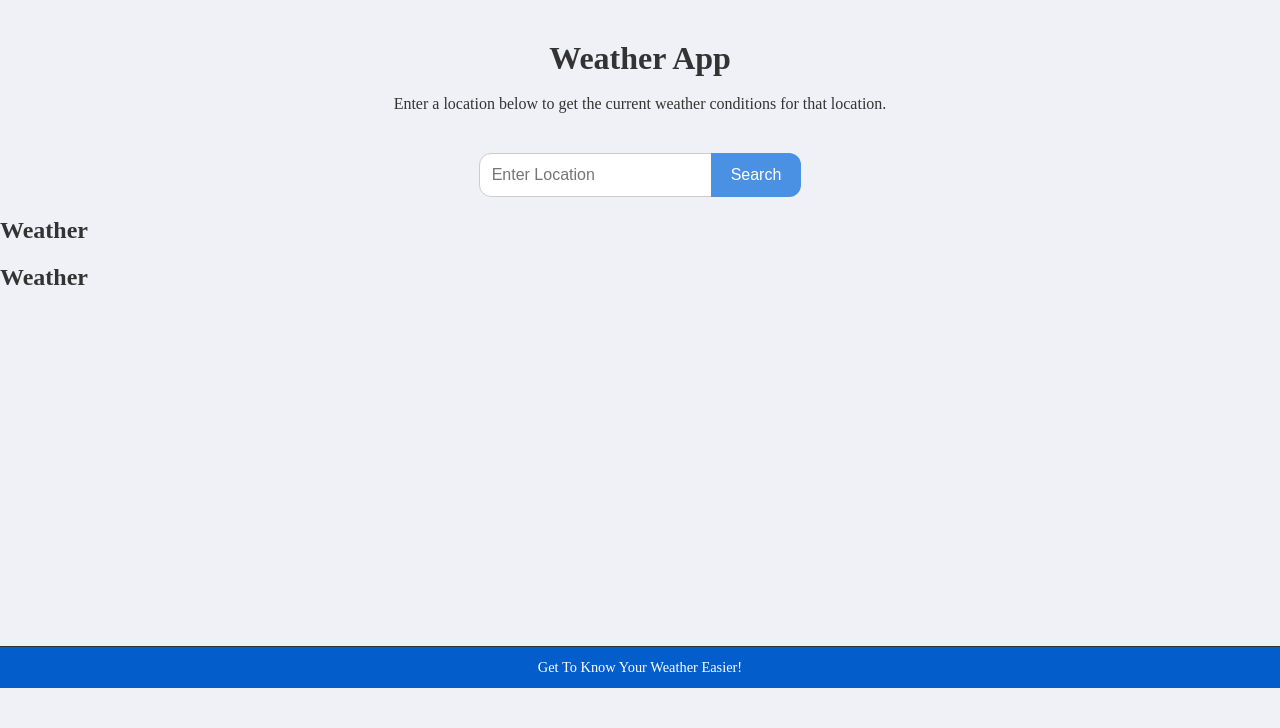
Repository: AlaaYou/Weather-App
Page: index.html
An editor plug-in stored every save of this project. The page is shown before and after the next save, followed by the edit.
The browser window is 1280 px wide. The pictures show the whole page.

Above is the page before, as saved 2024-10-20 23:53:30.

### index.html
<!DOCTYPE html>
<html lang="en">
  <head>
    <meta charset="UTF-8" />
    <meta name="viewport" content="width=device-width, initial-scale=1.0" />
    <link rel="stylesheet" href="styles.css" />
    <title>Weather App</title>
  </head>
  <body>
    <!-- Header -->
    <header>
      <h1>Weather App</h1><br>
      <p>
        Enter a location below to get the current weather conditions for that
        location.
      </p>
    </header>
    <!-- main content -->
    <main>
      <!-- search box -->
      <section class="search-box">
        <input type="text" id="location-input" placeholder="Enter Location" />

        <button id="search-button">Search</button>
      </section>
      <!-- errror /loading -->
      <div id="loading" style="display: none">Loading...</div>
      <div id="error" style="display: none">Error data Not Found</div>
      <!-- weather content -->
      <section
        class="weather-display"
        id="weather-display"
        style="display: none"
      >
        <div class="temp-display"><span id="temperature">--</span> °C</div>
        <div class="condition-display">
          <span id="condition">--</span>
        </div>

        <!-- condition info -->
        <div class="condition-info">
          <span id="wind-speed">Wind Speed: --</span>
          <span id="humidity">Humidity: --</span>
        </div>
      </section>
      <div class="container">
        <div class="cloud left-cloud">
          <h2>Weather</h2>
        </div>
        <div class="cloud right-cloud">
          <h2>Weather</h2>
        </div>
      </div>
    </main>
    <!-- footer -->
    <footer>
      <p>Get To Know Your Weather Easier!</p>
    </footer>
    <!-- js goes here -->
    <script src="script.js"></script>
  </body>
</html>

### styles.css
/* Reset some default browser styles */
body,
h1,
p {
  margin: 0;
  padding: 0;
}

body {
  display: flex;
  flex-direction: column;
  min-height: 90vh;
  background-color: #f0f1f6;
  padding: 40px 0;
  color: #333;
}

main {
  flex-grow: 1;
}

header {
  text-align: center;
  margin-bottom: 20px;
}

.search-box {
  display: flex;
  justify-content: center;
  align-items: center;
  margin: 20px 0;
}

input[type="text"] {
  padding: 12px;
  border: 1px solid #ccc;
  border-radius: 12px 0 0 12px;
  font-size: 1em;
  width: auto;
  margin-right: -1px;
}
button {
  background-color: #4a90e3;
  color: #ffff;
  border: none;
  border-radius: 0 12px 12px 0;
  padding: 13px 20px;
  cursor: pointer;
  font-size: 1em;
  transition: background-color 0.3s ease;
}

button:hover {
  background-color: #035dcb;
}

/* Weather content */
.weather-display {
  text-align: center;
  padding: 20px;
}

.temp-display,
.condition-display {
  font-size: 2.5em;
  margin-bottom: 10px;
}

.condition-info span {
  margin-right: 15px;
  font-size: 1.2em;
}

#loading,
#error {
  text-align: center;
  font-size: 1.2em;
  margin-top: 20px;
}
#loading {
  color: #4a90e3;
}
#error {
  color: red;
}
footer {
  text-align: center;
  background-color: #035dcb;
  color: #ffff;
  padding: 12px 0;
  border-top: 1px solid #333;
  font-size: 0.9em;
}

### script.js
//Fetch weather
async function fetchWeather(location) {
  //api key
  const apiKey = "094b545dde613af5667ba10639a224f8"; //open weather
  const url = `http://api.openweathermap.org/data/2.5/weather?q=${location}&appid=${apiKey}&units=metric`;
  const response = await fetch(url);

  if (response.ok) {
    const data = await response.json();
    return data;
  } else {
    throw new Error("Failed to fetch weather data");
  }
}
//Display the weather
function dispplayWeather(data) {
  console.log(data);
  //select the  DOM
  const weatherDisplay = document.getElementById("weather-display");
  const temperature = document.getElementById("temperature");
  const condition = document.getElementById("condition");
  const windSpeed = document.getElementById("wind-speed");
  const humidity = document.getElementById("humidity");

  //Embed the data into DOM using js
  temperature.textContent = data.main.temp;
  condition.textContent = data.weather[0].main;
  windSpeed.textContent = `Wind Speed: ${data.wind.speed}m/s`;
  humidity.textContent = `Humidity: ${data.main.humidity}%`;
  weatherDisplay.style.display = "block";
}

//toggle element visibility
function toggleElementVisibility(id, show) {
  const element = document.getElementById(id);
  element.style.display = show ? "block" : "none";
}
//DOM content Loaded
document.addEventListener("DOMContentLoaded", () => {
  const searchButton = document.getElementById("search-button");
  const locationInput = document.getElementById("location-input");
  searchButton.addEventListener("click", async () => {
    toggleElementVisibility("loading", true); //Show loading
    toggleElementVisibility("error", false);

    //get the data the user is typing
    const location = locationInput.value;

    try {
      const weatherData = await fetchWeather(location);
      toggleElementVisibility("loading", false); //hide loading
      dispplayWeather(weatherData);
      console.log(weatherData);
    } catch (error) {
      toggleElementVisibility("error", true); //hide loading
      toggleElementVisibility("loading", false); //hide loading
    }
  });
});

After the next save:
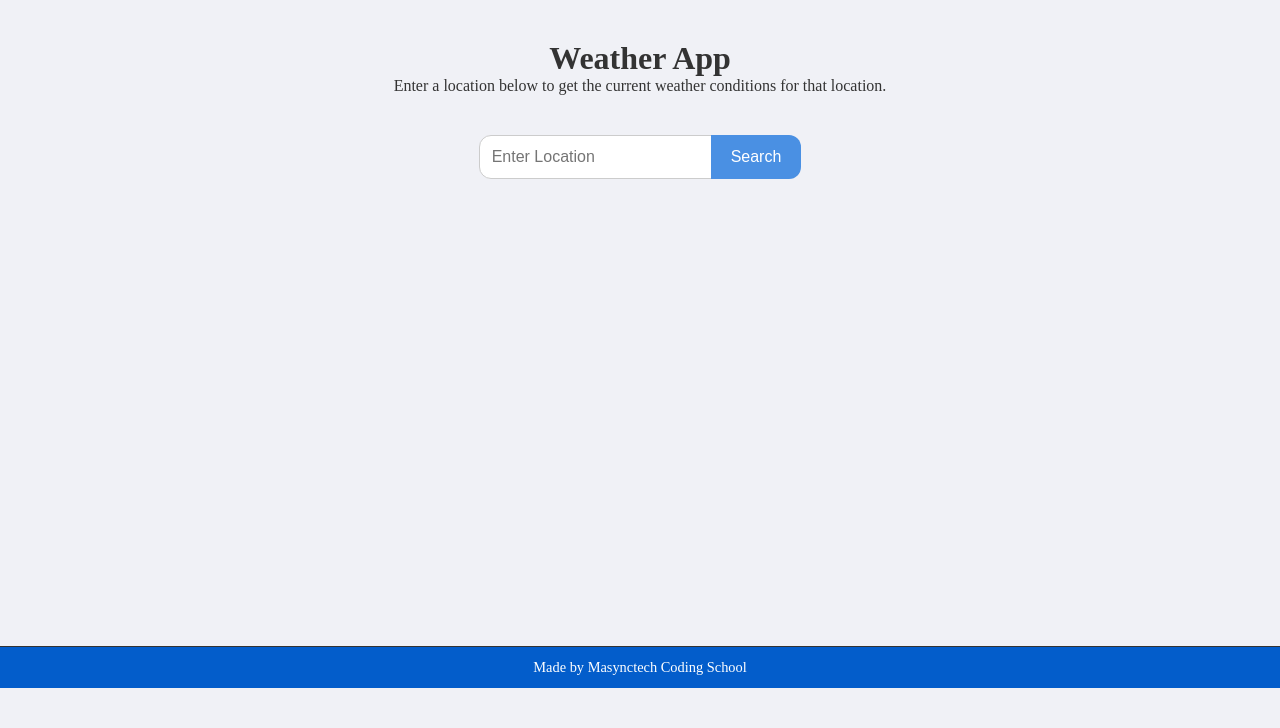
Saved 9 s later.
--- a/index.html
+++ b/index.html
@@ -1,3 +1,4 @@
+
 <!DOCTYPE html>
 <html lang="en">
   <head>
@@ -9,7 +10,7 @@
   <body>
     <!-- Header -->
     <header>
-      <h1>Weather App</h1><br>
+      <h1>Weather App</h1>
       <p>
         Enter a location below to get the current weather conditions for that
         location.
@@ -25,7 +26,7 @@
       </section>
       <!-- errror /loading -->
       <div id="loading" style="display: none">Loading...</div>
-      <div id="error" style="display: none">Error data Not Found</div>
+      <div id="error" style="display: none">Error loading weather data</div>
       <!-- weather content -->
       <section
         class="weather-display"
@@ -43,18 +44,10 @@
           <span id="humidity">Humidity: --</span>
         </div>
       </section>
-      <div class="container">
-        <div class="cloud left-cloud">
-          <h2>Weather</h2>
-        </div>
-        <div class="cloud right-cloud">
-          <h2>Weather</h2>
-        </div>
-      </div>
     </main>
     <!-- footer -->
     <footer>
-      <p>Get To Know Your Weather Easier!</p>
+      <p>Made by Masynctech Coding School</p>
     </footer>
     <!-- js goes here -->
     <script src="script.js"></script>
